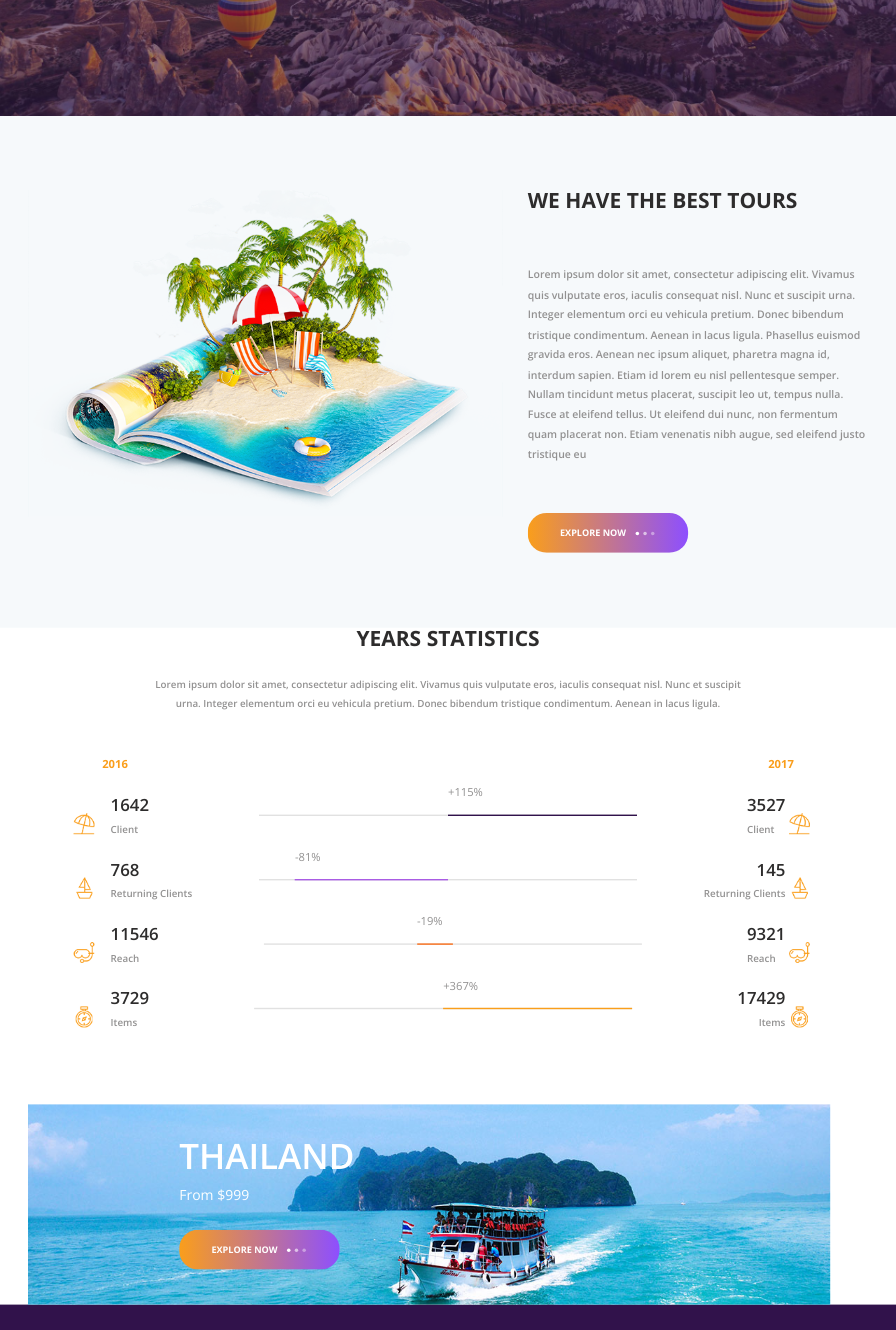
Repository: phamhuuloc/Travelix_Template
Page: about.html
These files come from the project's save history. The page is drawn as it stood at one moment and after the next save; the edit follows.
The browser window is 1280 px wide. The pictures show the part of the page from y = 554 to 2454 px (the page is 2931 px tall before and 3009 px after), at 70% of full size.
A picture or video elsewhere on the page could not be fetched, so the positions and the page height are approximate. Backgrounds fixed to the window are drawn as part of the page. Some web fonts or font styles are not loaded; a fallback is used.

Above is the page before, as saved 2021-10-13 10:33:41.

After the next save:
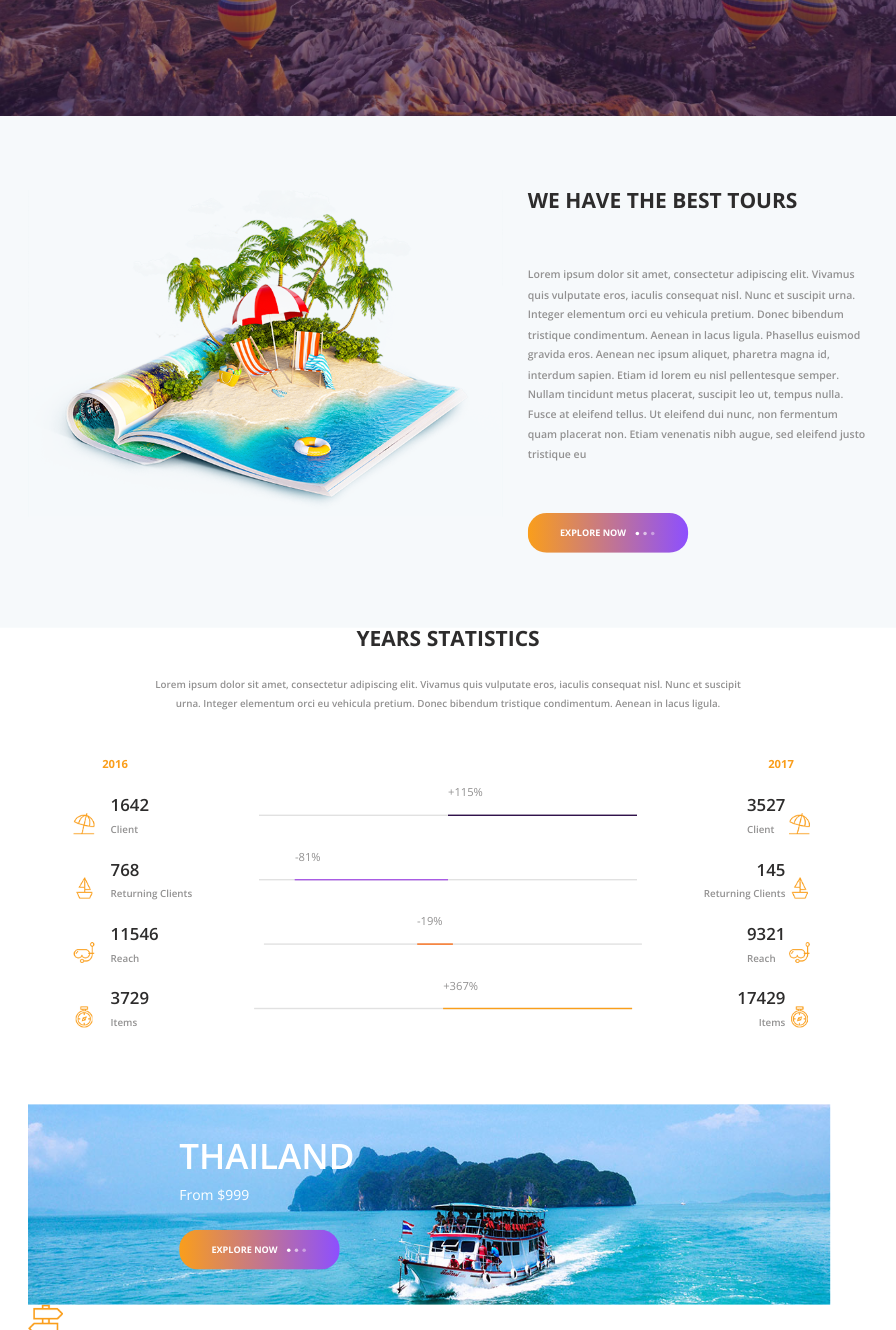
Saved 5 min 11 s later.
--- a/about.html
+++ b/about.html
@@ -320,6 +320,21 @@
         </div>
       </div>
     </section>
+    <section class="milestones">
+      <div class="grid wide">
+        <div class="milestone__container">
+          <div class="row">
+            <div class="col l-3 milestone__item">
+              <div class="milestone__icon">
+                <img src="./assets/img/milestone_1.png" alt="" />
+              </div>
+              <span class="milestone__counter">255</span>
+              <p class="milestone__text">Clients</p>
+            </div>
+          </div>
+        </div>
+      </div>
+    </section>
     <section class="footer">
       <div class="grid wide">
         <div class="footer__container">
